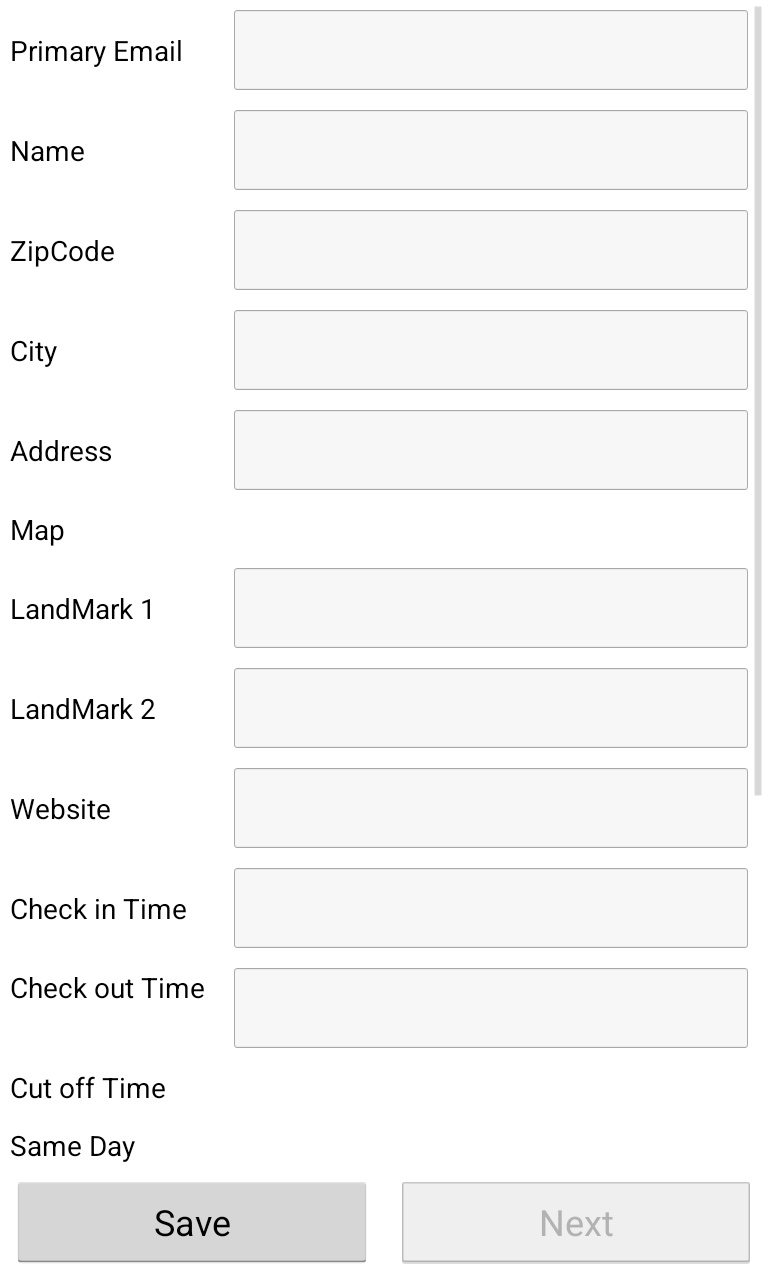
Repository: pankajk7/hotel_mockup
Layout: Hotel_MockUp/res/layout/hotel_creation_layout.xml
The author's editor kept a copy of each file at every save. The layout is drawn from the files as they stood at one save, then again after the next save.
It is drawn on a 768 x 1280 px phone screen (xhdpi) without system bars, with theme AppTheme; the app's code is not run.

Above is the layout before, as saved 2014-11-03 06:13:23.

After the next save:
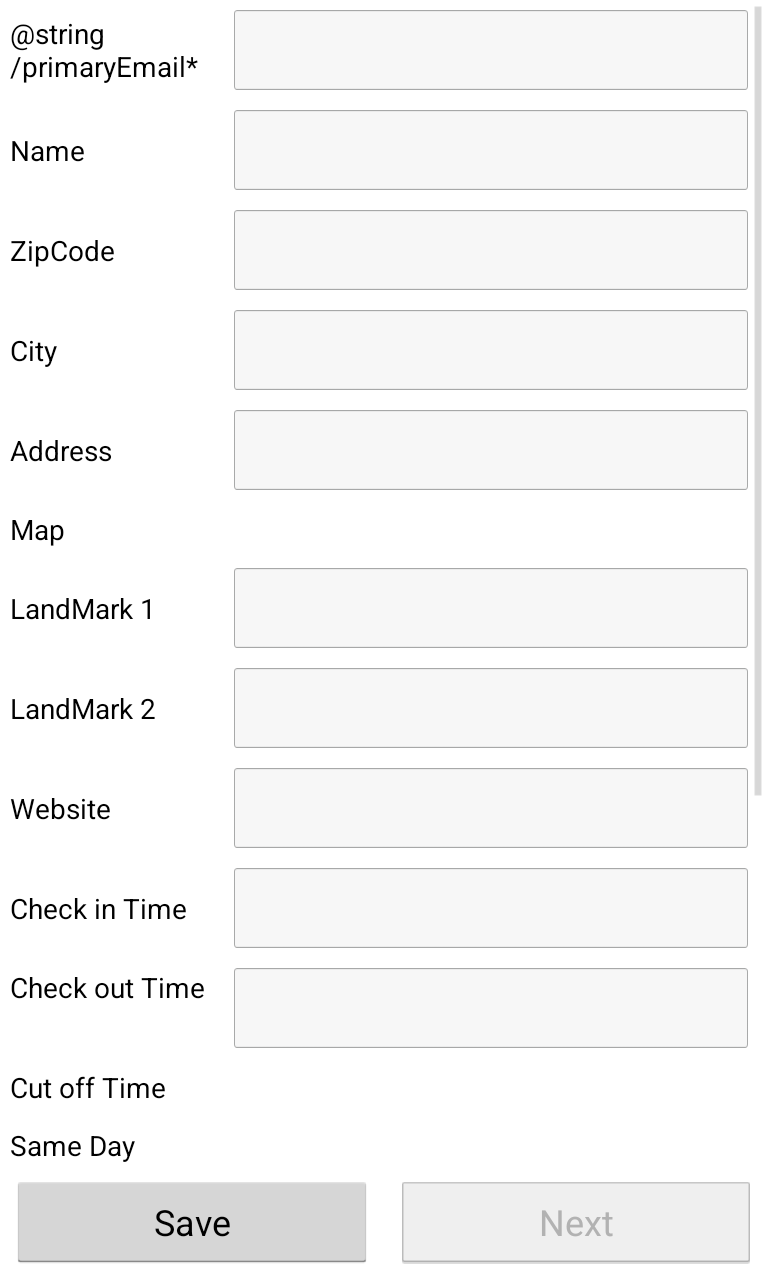
Saved 34 s later.
--- a/Hotel_MockUp/res/layout/hotel_creation_layout.xml
+++ b/Hotel_MockUp/res/layout/hotel_creation_layout.xml
@@ -26,7 +26,7 @@
                     android:layout_weight="2.5"
                     style="@style/textviewstyle"
                     android:gravity="center_vertical|left"
-                    android:text="@string/primaryEmail"
+                    android:text="@string/primaryEmail*"
                     android:textSize="14dp" />
 
                 <EditText
